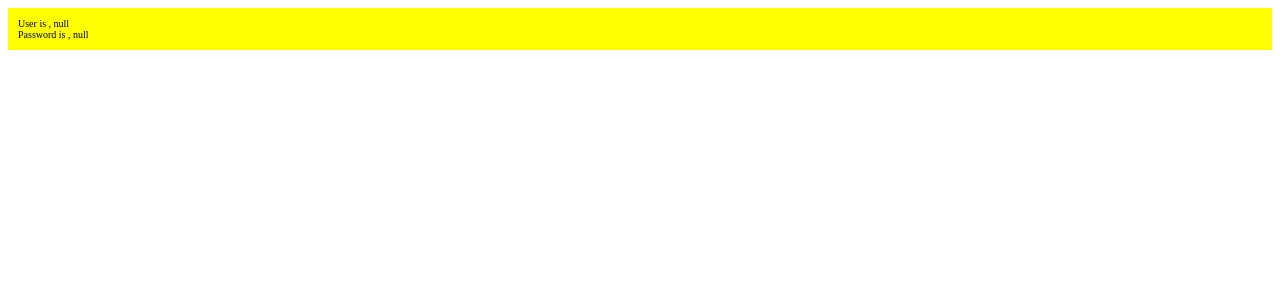
Repository: neethujk/Spring-Java-Training
Page: http://localhost/WebOld2/result.jsp
The author's editor kept a copy of each file at every save. The page is drawn from the files as they stood at one save, then again after the next save.
The browser window is 1280 px wide. The pictures show the whole page.
The page is served by Tomcat 9.

Above is the page before, as saved 2020-02-13 08:12:50.

After the next save:
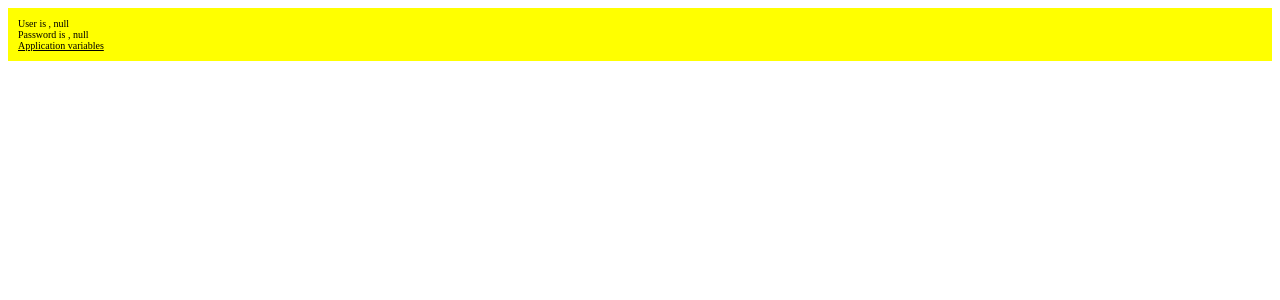
Saved 48 s later.
--- a/WebOld2/WebContent/result.jsp
+++ b/WebOld2/WebContent/result.jsp
@@ -17,6 +17,9 @@
 <div style=" padding:10px;
 background-color:yellow;color blue;font-size:10px;">
 User is , <%=user %><br>
-Password is , <%=password%> <br></div>
+Password is , <%=password%> <br>
+<u>Application variables</u><br>
+
+</div>
 </body>
 </html>
